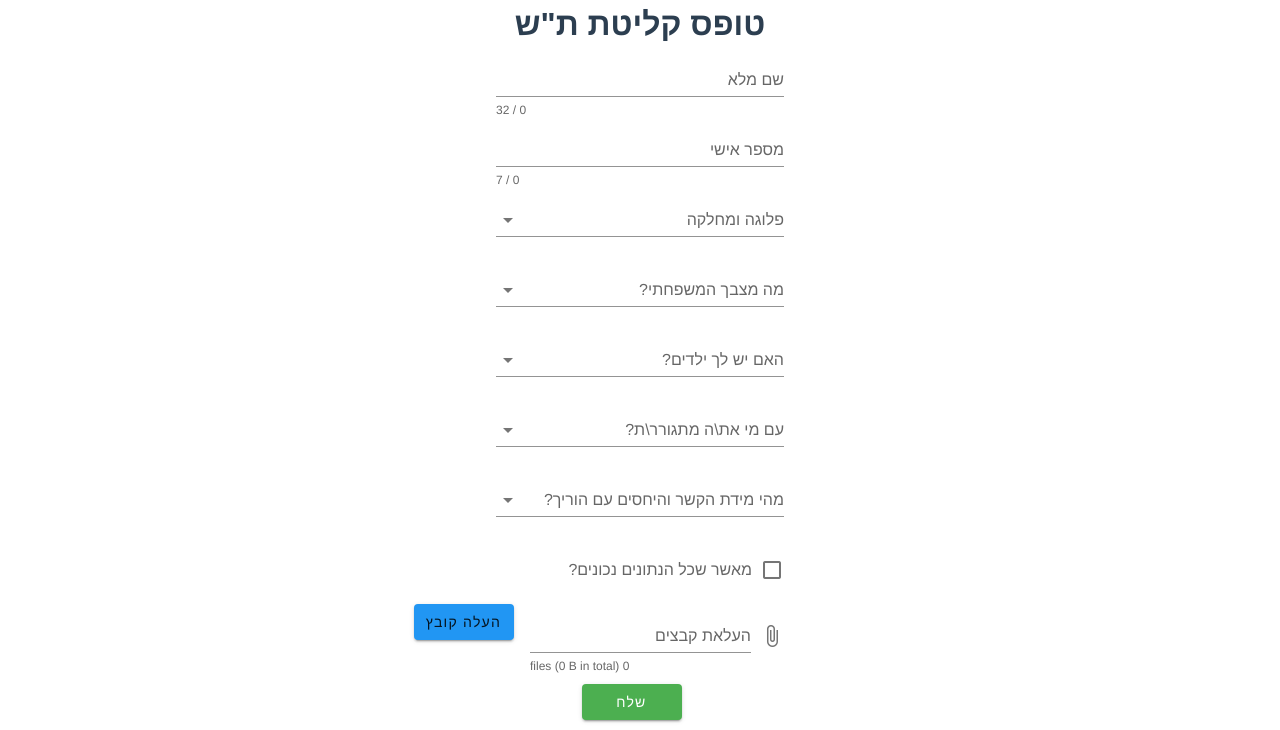
Repository: Natanhel/klitat-tash
Page: /
These files come from the project's save history. The page is drawn as it stood at one moment and after the next save; the edit follows.
The browser window is 1280 px wide. The pictures show the whole page.
The page's requests for data from a server got no answer. The project was rebuilt for these pictures with package versions that can differ from the ones it lists, and the page was loaded fresh each time. No one was signed in, and anything a server would have sent is missing. Also part of the build but not shown: vue.config.js.

Above is the page before, as saved 2020-12-01 18:12:43.

### src/App.vue
<template>
  <div id="app">
    <v-app>

      <h1>טופס קליטת ת"ש</h1>

      <v-form
        ref="form"
        v-model="valid"
        lazy-validation
      >
        <v-text-field
          v-model="name"
          :counter="32"
          :rules="nameRules"
          label="שם מלא"
          required
        ></v-text-field>

        <v-text-field
          v-model="pernr"
          :counter="7"
          :rules="pernrRules"
          label="מספר אישי"
          required
        ></v-text-field>

        <v-select
          v-model="select"
          :items="items"
          :rules="[v => !!v || 'נדרש להזין פלוגה ומחלקה']"
          label="פלוגה ומחלקה"
          required
        ></v-select>

        <v-select
          v-model="select"
          :items="familyItems"
          :rules="[v => !!v || 'נדרש להזין מצב משפחתי']"
          label="מה מצבך המשפחתי?"
          required
        ></v-select>

        <v-select
          v-model="select"
          :items="haveKidsItems"
          :rules="[v => !!v || 'נדרש להזין']"
          label="האם יש לך ילדים?"
          required
        ></v-select>

        <v-select
          v-model="select"
          :items="livingWithItems"
          :rules="[v => !!v || 'נדרש להזין']"
          label="עם מי את\ה מתגורר\ת?"
          required
        ></v-select>

        <v-select
          v-model="select"
          :items="parentsStatusItems"
          :rules="[v => !!v || 'נדרש להזין']"
          label="מהי מידת הקשר והיחסים עם הוריך?"
          required
        ></v-select>

        <v-checkbox
          v-model="checkbox"
          :rules="[v => !!v || 'עליך לאשר על מנת להמשיך!']"
          label="מאשר שכל הנתונים נכונים?"
          required
        ></v-checkbox>

      <div class="upload">

        <v-file-input v-model="files" show-size counter  chips label="העלאת קבצים"></v-file-input>

        <v-btn
          color="blue"
          class="mr-4"
          @click="uploadFile"
        >
          העלה קובץ
        </v-btn>
      </div>
      <div class="btn-group">
        <v-btn
          color="success"
          class="mr-4"
          @click="validate"
        >
          שלח
        </v-btn>
      </div>

      </v-form>
    </v-app>
  </div>
</template>

<script>
import axios from 'axios';

export default {
  name: 'App',
  mounted(){
    // login
    const data = JSON.stringify({"password":"passward","email":"natanhelp@gmail.com"});

    const config = {
      method: 'post',
      url: 'https://nat-task-manager.herokuapp.com/users/login',
      headers: {
        'Content-Type': 'application/json'
      },
      data : data
    };

    axios(config)
      .then((response) => {
        this.userToken = response.data.token
      })
      .catch((error) => {
        console.log(error);
      })
  },

  data: () => ({
    userToken: '',
    files: null,
    valid: true,
    name: '',
    nameRules: [
      v => !!v || 'נדרש להזין שם',
      v => !(v && v.length <= 4) || 'על השם להיות ארוך מ-4 תווים',
    ],
    pernr: '',
    pernrRules: [
      v => !!v || 'נדרש להזין מספר אישי',
      v => !(v.length !== 7) || 'על המספר להיות בדיוק 7 תווים'
    ],
    select: null,
    items: [
      'ו1',
      'ו2',
      'ו3',
      'ו4',
      'ו5',
    ],
    familyItems: [
      'רווק/ה',
      'נשוי/ה',
      'גרוש/ה'
    ],
    haveKidsItems: [
      'כן', 'לא'
    ],
    livingWithItems: [
      'מתוגרר/ת עם ההורים (אחד מהם לפחות)',
      'איני מתגורר/ת עם ההורים'
    ],
    parentsRelationsItems: [
      'בקשר עם שניהם ויחסים תקינים',
      'בקשר וביחסיפ תקינים (רק עם אחד מהם)',
      'בקשר עם שניהם/אחד מהם ומערכת יחסים רעועה',
      'לא בקשר בכלל'
    ],
    parentsStatusItems: [
      'נשואים',
      'גרושים',
      'פרודים',
      'אלמנ/ה',
      'רווק/ה'
    ],
    checkbox: false,
  }),
  methods: {
    validate () {
      this.$refs.form.validate()
    },
    reset () {
      this.$refs.form.reset()
    },
    resetValidation () {
      this.$refs.form.resetValidation()
    },
    async uploadFile() {
      var FormData = require('form-data');
      var data = new FormData();
      const buffer = await this.files.arrayBuffer()

      data.append('avatar', buffer)

      var config = {
        method: 'post',
        url: 'https://nat-task-manager.herokuapp.com/users/me/avatar',
        headers: {
          'Authorization': 'Bearer ' + this.userToken,
          ...data
        },
        data : data
      }

      axios(config)
      .then(function (response) {
        console.log(JSON.stringify(response.data));
      })
      .catch(function (error) {
        console.log(error);
      })
    }
  },
}
</script>

<style>
#app {
  font-family: Avenir, Helvetica, Arial, sans-serif;
  -webkit-font-smoothing: antialiased;
  -moz-osx-font-smoothing: grayscale;
  text-align: center;
  color: #2c3e50;
  margin-top: 60px;
}

form
{
  width: 18rem;
}

#app
{
  padding: 0; margin: 0;
  display: flex;
  align-items: center;
  justify-content: center;
  background-color: transparent;
}

.v-btn
{
  width: 100px;
}

.btn-group{
  width: 100%;
  padding: 10px;
}

.upload
{
  display: flex;
  flex-direction: row;
  width: 370px;
}
html
{
  /* background: rgb(13,176,166);
background: linear-gradient(45deg, rgba(13,176,166,0.5) 50%, rgba(255,255,255,1) 50%  ); */
}
</style>

### src/plugins/vuetify.js
import Vue from 'vue';
import Vuetify from 'vuetify/lib';

Vue.use(Vuetify);

export default new Vuetify({
    rtl: true,
});

Loaded but not shown: public/index.html (common file); src/main.js (common file)

After the next save:
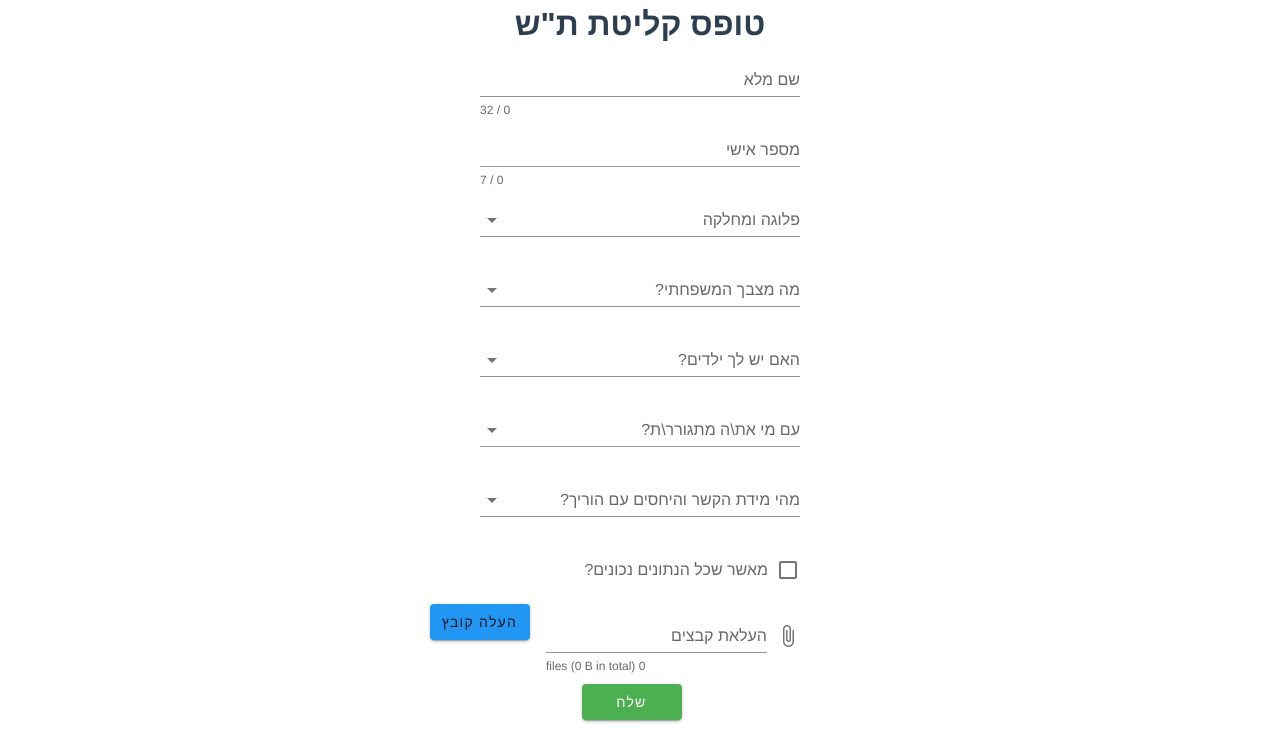
Saved 22 s later.
--- a/src/App.vue
+++ b/src/App.vue
@@ -226,7 +226,7 @@ export default {
 
 form
 {
-  width: 18rem;
+  width: 20rem;
 }
 
 #app
